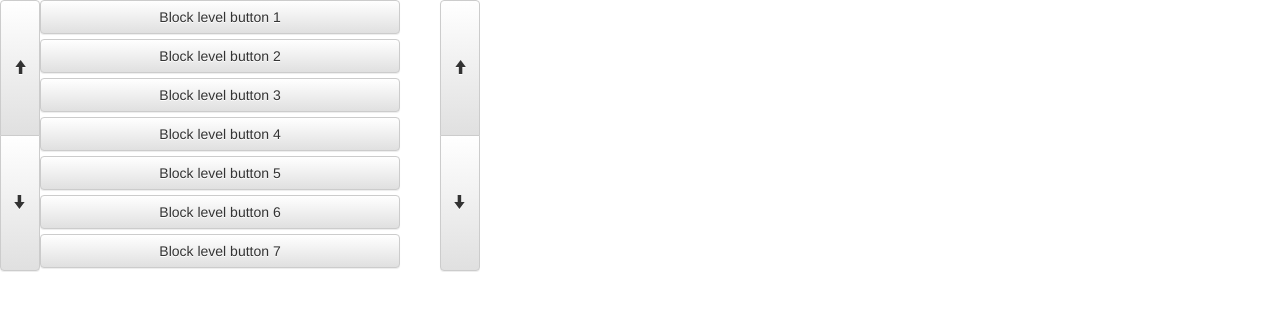
Repository: bmatusiak/bbb-usb-tool-nw
Page: index.html
The author's editor kept a record of every edit. The page is drawn from the files as they stood at one moment, then again after the next edit.
The browser window is 1280 px wide. The pictures show the whole page.

Above is the page before.
Console error: ReferenceError: global is not defined

After the next edit:
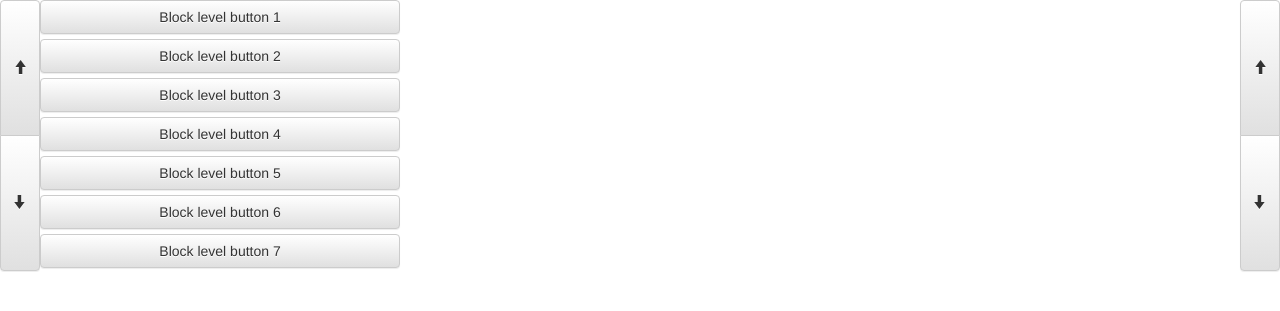
The edit:
--- a/index.html
+++ b/index.html
@@ -37,7 +37,7 @@
                     <button type="button" class="btn btn-default btn-block">Block level button 7</button>
 
                 </div>
-                <div class="pull-right" style="width:40px;display:inline-block;">
+                <div style="width:40px;display:inline-block;top:0;right:0;position:fixed;">
                     <div class="btn-group-vertical">
                       <button type="button" class="btn btn-default" style="height:136px;"><span class="glyphicon glyphicon-arrow-up"></span></button>
                       <button type="button" class="btn btn-default" style="height:136px;"><span class="glyphicon glyphicon-arrow-down"></span></button>
